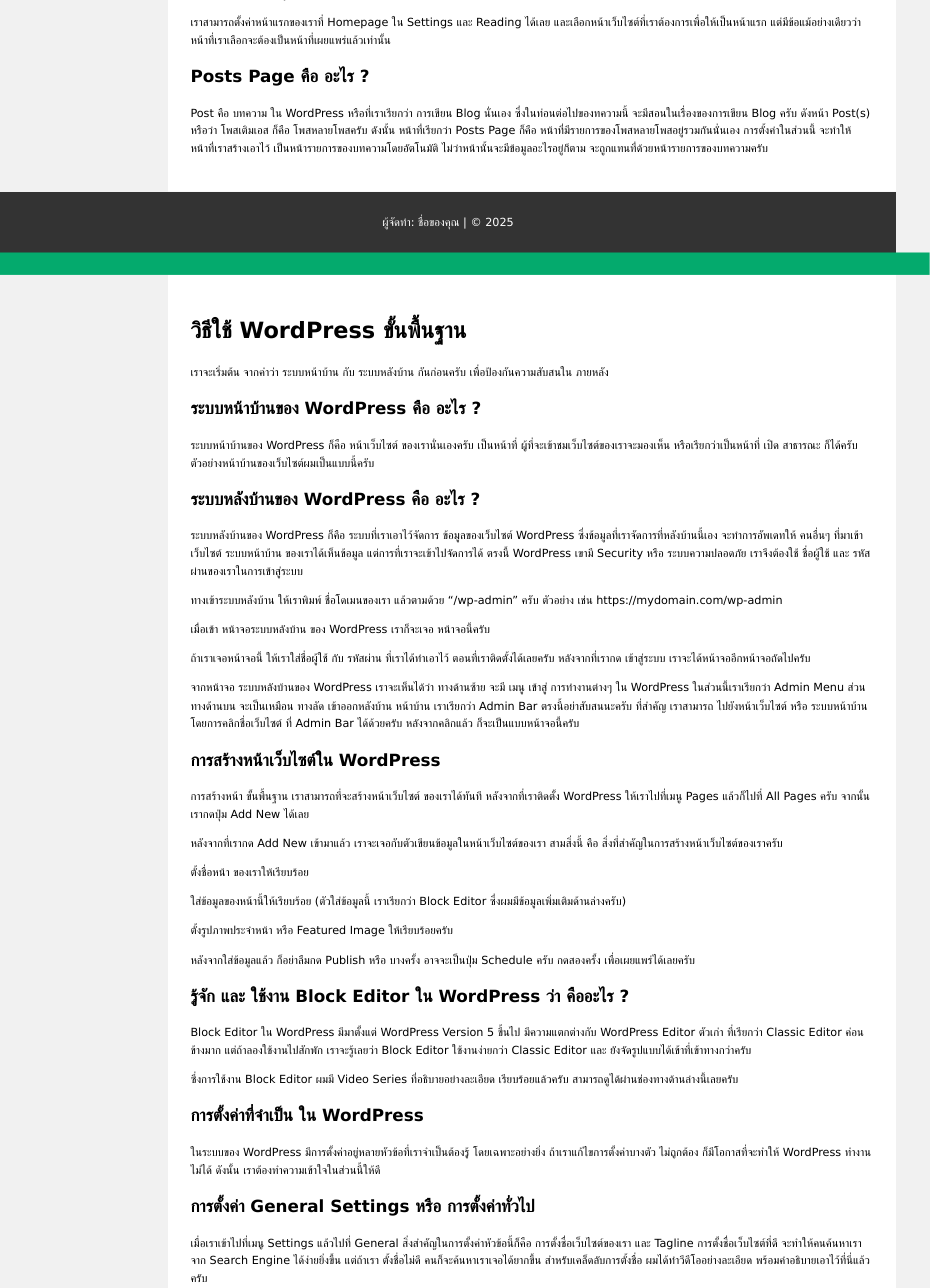
Repository: staggil/thesis
Page: lessons/basic.html
These files come from the project's save history. The page is drawn as it stood at one moment and after the next save; the edit follows.
The browser window is 1280 px wide. The page is 1328 px wide, so the pictures cover 1328 px, including what lies to the right of the window. The pictures show the part of the page from y = 2274 to 4114 px (the page is 6696 px tall before and 6851 px after), at 70% of full size.
The page's requests for data from a server got no answer.

Above is the page before, as saved 2025-12-16 08:20:44.

### lessons/basic.html
<!DOCTYPE html>
<html lang="th">
<head>
    <meta charset="UTF-8">
    <meta name="viewport" content="width=device-width, initial-scale=1.0">
    <title>พื้นฐานการใช้งาน</title>
    <link rel="stylesheet" href="/style.css">
    <script src="/script.js" defer></script>
</head>
<body data-sidebar="/components/sidebar.html">

    <!-- header -->
    <div id="header-placeholder"></div>



   <div id="sidebar-placeholder"></div>
<div class="layout">
    <!-- content -->
    <main id="main-content">
        <h1>วิธีใช้ WordPress ขั้นพื้นฐาน</h1>
        <p>เราจะเริ่มต้น จากคำว่า ระบบหน้าบ้าน กับ ระบบหลังบ้าน กันก่อนครับ เพื่อป้องกันความสับสนใน ภายหลัง</p>
        <h2>ระบบหน้าบ้านของ WordPress คือ อะไร ?</h2>
            <p>ระบบหน้าบ้านของ WordPress ก็คือ หน้าเว็บไซต์ ของเรานั่นเองครับ เป็นหน้าที่
            ผู้ที่จะเข้าชมเว็บไซต์ของเราจะมองเห็น หรือเรียกว่าเป็นหน้าที่ เปิด สาธารณะ ก็ได้ครับ ตัวอย่างหน้าบ้านของเว็บไซต์ผมเป็นแบบนี้ครับ</p>
        <h2>ระบบหลังบ้านของ WordPress คือ อะไร ?</h2>



            <p>ระบบหลังบ้านของ WordPress ก็คือ ระบบที่เราเอาไว้จัดการ ข้อมูลของเว็บไซต์ WordPress ซึ่งข้อมูลที่เราจัดการที่หลังบ้านนี้เอง
                 จะทำการอัพเดทให้ คนอื่นๆ ที่มาเข้าเว็บไซต์ ระบบหน้าบ้าน ของเราได้เห็นข้อมูล แต่การที่เราจะเข้าไปจัดการได้ ตรงนี้ WordPress
                  เขามี Security หรือ ระบบความปลอดภัย เราจึงต้องใช้ ชื่อผู้ใช้ และ รหัสผ่านของเราในการเข้าสู่ระบบ</p>


            <p>ทางเข้าระบบหลังบ้าน ให้เราพิมพ์ ชื่อโดเมนของเรา แล้วตามด้วย “/wp-admin” ครับ ตัวอย่าง เช่น https://mydomain.com/wp-admin</p>

            <p>เมื่อเข้า หน้าจอระบบหลังบ้าน ของ WordPress เราก็จะเจอ หน้าจอนี้ครับ</p>
            <p>ถ้าเราเจอหน้าจอนี้ ให้เราใส่ชื่อผู้ใช้ กับ รหัสผ่าน ที่เราได้ทำเอาไว้ ตอนที่เราติดตั้งได้เลยครับ หลังจากที่เรากด เข้าสู่ระบบ เราจะได้หน้าจออีกหน้าจอถัดไปครับ</p>
            <p>จากหน้าจอ ระบบหลังบ้านของ WordPress เราจะเห็นได้ว่า ทางด้านซ้าย จะมี เมนู เข้าสู่ การทำงานต่างๆ ใน WordPress ในส่วนนี้เราเรียกว่า Admin Menu ส่วนทางด้านบน
             จะเป็นเหมือน ทางลัด เข้าออกหลังบ้าน หน้าบ้าน เราเรียกว่า Admin Bar ตรงนี้อย่าสับสนนะครับ ที่สำคัญ เราสามารถ ไปยังหน้าเว็บไซต์ หรือ ระบบหน้าบ้าน โดยการคลิกชื่อเว็บไซต์
              ที่ Admin Bar ได้ด้วยครับ หลังจากคลิกแล้ว ก็จะเป็นแบบหน้าจอนี้ครับ</p>

            <h2>การสร้างหน้าเว็บไซต์ใน WordPress</h2>
            <p>การสร้างหน้า ขั้นพื้นฐาน เราสามารถที่จะสร้างหน้าเว็บไซต์ ของเราได้ทันที หลังจากที่เราติดตั้ง WordPress
                ให้เราไปที่เมนู Pages แล้วก็ไปที่ All Pages ครับ จากนั้น เรากดปุ่ม Add New ได้เลย</p>
            <p>หลังจากที่เรากด Add New เข้ามาแล้ว เราจะเจอกับตัวเขียนข้อมูลในหน้าเว็บไซต์ของเรา สามสิ่งนี้ คือ สิ่งที่สำคัญในการสร้างหน้าเว็บไซต์ของเราครับ</p>
            <p>ตั้งชื่อหน้า ของเราให้เรียบร้อย</p>
            <p>ใส่ข้อมูลของหน้านี้ให้เรียบร้อย (ตัวใส่ข้อมูลนี้ เราเรียกว่า Block Editor ซึ่งผมมีข้อมูลเพิ่มเติมด้านล่างครับ)</p>
            <p>ตั้งรูปภาพประจำหน้า หรือ Featured Image ให้เรียบร้อยครับ</p>
            <p>หลังจากใส่ข้อมูลแล้ว ก็อย่าลืมกด Publish หรือ บางครั้ง อาจจะเป็นปุ่ม Schedule ครับ กดสองครั้ง เพื่อเผยแพร่ได้เลยครับ</p>

            <h2>รู้จัก และ ใช้งาน Block Editor ใน WordPress ว่า คืออะไร ?</h2>
            <p>Block Editor ใน WordPress มีมาตั้งแต่ WordPress Version 5 ขึ้นไป มีความแตกต่างกับ WordPress Editor ตัวเก่า ที่เรียกว่า Classic Editor ค่อนข้างมาก
                 แต่ถ้าลองใช้งานไปสักพัก เราจะรู้เลยว่า Block Editor ใช้งานง่ายกว่า Classic Editor และ ยังจัดรูปแบบได้เข้าที่เข้าทางกว่าครับ</p>
            <p>ซึ่งการใช้งาน Block Editor ผมมี Video Series ที่อธิบายอย่างละเอียด เรียบร้อยแล้วครับ สามารถดูได้ผ่านช่องทางด้านล่างนี้เลยครับ</p>

            <h2>การตั้งค่าที่จำเป็น ใน WordPress</h2>
            <p>ในระบบของ WordPress มีการตั้งค่าอยู่หลายหัวข้อที่เราจำเป็นต้องรู้ โดยเฉพาะอย่างยิ่ง
                ถ้าเราแก้ไขการตั้งค่าบางตัว ไม่ถูกต้อง ก็มีโอกาสที่จะทำให้ WordPress ทำงานไม่ได้ ดังนั้น เราต้องทำความเข้าใจในส่วนนี้ให้ดี</p>

            <h2>การตั้งค่า General Settings หรือ การตั้งค่าทั่วไป</h2>
            <p>เมื่อเราเข้าไปที่เมนู Settings แล้วไปที่ General สิ่งสำคัญในการตั้งค่าหัวข้อนี้ก็คือ การตั้งชื่อเว็บไซต์ของเรา และ Tagline การตั้งชื่อเว็บไซต์ที่ดี
                 จะทำให้คนค้นหาเราจาก Search Engine ได้ง่ายยิ่งขึ้น แต่ถ้าเรา ตั้งชื่อไม่ดี คนก็จะค้นหาเราเจอได้ยากขึ้น สำหรับเคล็ดลับการตั้งชื่อ
                 ผมได้ทำวีดีโออย่างละเอียด พร้อมคำอธิบายเอาไว้ที่นี่แล้วครับ</p>
            <h2>ข้อควรระวังใน General Settings</h2>
            <p>สองสิ่งที่ไม่ควรแก้ไข เด็ดขาดคือ WordPress Address (URL) และ Site Address (URL)
                 เพราะ ถ้าเราแก้ไขลงไปแล้ว เว็บไซต์เราจะเข้าไม่ได้ทันที ตรงนี้ หลายคนเข้าใจผิดอย่างมากว่า
                  แก้ตรงนี้คือการตั้งค่าหน้าแรกของ WordPress แต่จริงๆแล้ว มันไม่ใช่ครับ การตั้งค่าหน้าแรกใน WordPress เดี๋ยวเราจะมาพูดถึงในหัวข้อถัดไปครับ</p>
            <p>นอกจากนั้นใน General Settings เรา สามารถตั้งค่า ภาษาของเว็บไซต์ได้ครับ ซึ่งการตั้งค่าภาษานี้จะมีผลทำให้ Themes และ Plugins เลือกใช้ภาษาที่เราตั้งค่าครับ
                การตั้งค่า เขตเวลา จะทำให้เวลาที่เราเผยแพร่บทความ ไม่คลาดเคลื่อน จากความเป็นจริงครับ ถ้าในส่วนนี้ตั้งค่าไม่ถูกต้อง เวลา และ วันที่ ที่เราเห็น ในบทความจะคลาดเคลื่อนหมดครับ
                รูปแบบของวันที่ และ เวลาเราสามารถเลือกได้อิสระ ถ้าใครจะตั้งเอง ต้องใช้การตั้งค่าเวลา ที่ WordPress ใช้ในภาษา PHP มาช่วยครับ</p>
            <h2>วิธีการสลับภาษาของ Admin ใน WordPress</h2>
            <p>หลังจากที่เรา เปลี่ยนภาษาของเว็บไซต์แล้ว เราจะสังเกตุได้อย่างนึงครับว่า เมนูใน Admin ก็ถูกเปลี่ยนตามไปด้วยครับ
                ถ้าเราจะสลับภาษามาใช้ ภาษาที่เราต้องการเรามีวิธีดังนี้ครับ</p>
            <p>ให้เราเอาเมาส์ไปวาง ตรงชื่อ Username มุมขวาบนครับ</p>
            <p>จากนั้นคลิกที่ Edit My Profile</p>
            <p>เสร็จแล้วคลิกเลือกภาษาที่เราต้องการ</p>

            <h2>ใช้ภาษาไหนดีในระบบหลังบ้านของ WordPress</h2>
            <p>ผมแนะนำให้ใช้ภาษาอังกฤษครับ เพราะว่า เวลาที่เราไปเรียนรู้จากชาวต่างชาติ
                หรือ ดูวิธีการแก้ปัญหาต่างๆ จากต่างประเทศ เราจะได้รู้ว่า เขาพูดถึงหัวข้อไหนอยู่ครับ ถ้าเราใช้บ่อยๆ เราก็จะชินไปเองครับ</p>
            <h2>การตั้งค่าหน้าแรกในเว็บไซต์ด้วย Reading Settings</h2>
            <p>ในส่วนนี้ครับ Settings และ Reading จะเป็นส่วนที่เรามาตั้งค่าหน้าแรกเหมือนที่ผมได้
                เกริ่นนำไปแล้วครับก่อนหน้านี้ ตรงนี้คือ สถานที่ ที่เราสามารถที่จะตั้งค่าหน้าแรกของเว็บไซต์เราได้อย่างถูกต้อง</p>
            <p>เราสามารถตั้งค่าหน้าแรกของเราที่ Homepage ใน Settings และ Reading ได้เลย และเลือกหน้าเว็บไซต์ที่เราต้องการเพื่อให้เป็นหน้าแรก
                 แต่มีข้อแม้อย่างเดียวว่า หน้าที่เราเลือกจะต้องเป็นหน้าที่เผยแพร่แล้วเท่านั้น</p>
            <h2>Posts Page คือ อะไร ?</h2>
            <p>Post คือ บทความ ใน WordPress หรือที่เราเรียกว่า การเขียน Blog นั่นเอง ซึ่งในท่อนต่อไปของทความนี้
                จะมีสอนในเรื่องของการเขียน Blog ครับ ดังหน้า Post(s) หรือว่า โพสเติมเอส ก็คือ โพสหลายโพสครับ
                ดังนั้น หน้าที่เรียกว่า Posts Page ก็คือ หน้าที่มีรายการของโพสหลายโพสอยู่รวมกันนั่นเอง การตั้งค่าในส่วนนี้
                จะทำให้หน้าที่เราสร้างเอาไว้ เป็นหน้ารายการของบทความโดยอัตโนมัติ ไม่ว่าหน้านั้นจะมีข้อมูลอะไรอยู่ก็ตาม
                จะถูกแทนที่ด้วยหน้ารายการของบทความครับ</p>



    </main>
</div>

    <!-- footer -->
    <div id="footer-placeholder"></div>

</body>
</html>
<!DOCTYPE html>
<html lang="th">
<head>
    <meta charset="UTF-8">
    <meta name="viewport" content="width=device-width, initial-scale=1.0">
    <title>พื้นฐานการใช้งาน</title>
    <link rel="stylesheet" href="/style.css">
    <script src="/script.js" defer></script>
</head>
<body data-sidebar="/components/sidebar.html">

    <!-- header -->
    <div id="header-placeholder"></div>



   <div id="sidebar-placeholder"></div>
<div class="layout">
    <!-- content -->
    <main id="main-content">
        <h1>วิธีใช้ WordPress ขั้นพื้นฐาน</h1>
        <p>เราจะเริ่มต้น จากคำว่า ระบบหน้าบ้าน กับ ระบบหลังบ้าน กันก่อนครับ เพื่อป้องกันความสับสนใน ภายหลัง</p>
        <h2>ระบบหน้าบ้านของ WordPress คือ อะไร ?</h2>
            <p>ระบบหน้าบ้านของ WordPress ก็คือ หน้าเว็บไซต์ ของเรานั่นเองครับ เป็นหน้าที่
            ผู้ที่จะเข้าชมเว็บไซต์ของเราจะมองเห็น หรือเรียกว่าเป็นหน้าที่ เปิด สาธารณะ ก็ได้ครับ ตัวอย่างหน้าบ้านของเว็บไซต์ผมเป็นแบบนี้ครับ</p>
        <h2>ระบบหลังบ้านของ WordPress คือ อะไร ?</h2>



            <p>ระบบหลังบ้านของ WordPress ก็คือ ระบบที่เราเอาไว้จัดการ ข้อมูลของเว็บไซต์ WordPress ซึ่งข้อมูลที่เราจัดการที่หลังบ้านนี้เอง
                 จะทำการอัพเดทให้ คนอื่นๆ ที่มาเข้าเว็บไซต์ ระบบหน้าบ้าน ของเราได้เห็นข้อมูล แต่การที่เราจะเข้าไปจัดการได้ ตรงนี้ WordPress
                  เขามี Security หรือ ระบบความปลอดภัย เราจึงต้องใช้ ชื่อผู้ใช้ และ รหัสผ่านของเราในการเข้าสู่ระบบ</p>


            <p>ทางเข้าระบบหลังบ้าน ให้เราพิมพ์ ชื่อโดเมนของเรา แล้วตามด้วย “/wp-admin” ครับ ตัวอย่าง เช่น https://mydomain.com/wp-admin</p>

            <p>เมื่อเข้า หน้าจอระบบหลังบ้าน ของ WordPress เราก็จะเจอ หน้าจอนี้ครับ</p>
            <p>ถ้าเราเจอหน้าจอนี้ ให้เราใส่ชื่อผู้ใช้ กับ รหัสผ่าน ที่เราได้ทำเอาไว้ ตอนที่เราติดตั้งได้เลยครับ หลังจากที่เรากด เข้าสู่ระบบ เราจะได้หน้าจออีกหน้าจอถัดไปครับ</p>
            <p>จากหน้าจอ ระบบหลังบ้านของ WordPress เราจะเห็นได้ว่า ทางด้านซ้าย จะมี เมนู เข้าสู่ การทำงานต่างๆ ใน WordPress ในส่วนนี้เราเรียกว่า Admin Menu ส่วนทางด้านบน
             จะเป็นเหมือน ทางลัด เข้าออกหลังบ้าน หน้าบ้าน เราเรียกว่า Admin Bar ตรงนี้อย่าสับสนนะครับ ที่สำคัญ เราสามารถ ไปยังหน้าเว็บไซต์ หรือ ระบบหน้าบ้าน โดยการคลิกชื่อเว็บไซต์
              ที่ Admin Bar ได้ด้วยครับ หลังจากคลิกแล้ว ก็จะเป็นแบบหน้าจอนี้ครับ</p>

            <h2>การสร้างหน้าเว็บไซต์ใน WordPress</h2>
            <p>การสร้างหน้า ขั้นพื้นฐาน เราสามารถที่จะสร้างหน้าเว็บไซต์ ของเราได้ทันที หลังจากที่เราติดตั้ง WordPress
                ให้เราไปที่เมนู Pages แล้วก็ไปที่ All Pages ครับ จากนั้น เรากดปุ่ม Add New ได้เลย</p>
            <p>หลังจากที่เรากด Add New เข้ามาแล้ว เราจะเจอกับตัวเขียนข้อมูลในหน้าเว็บไซต์ของเรา สามสิ่งนี้ คือ สิ่งที่สำคัญในการสร้างหน้าเว็บไซต์ของเราครับ</p>
            <p>ตั้งชื่อหน้า ของเราให้เรียบร้อย</p>
            <p>ใส่ข้อมูลของหน้านี้ให้เรียบร้อย (ตัวใส่ข้อมูลนี้ เราเรียกว่า Block Editor ซึ่งผมมีข้อมูลเพิ่มเติมด้านล่างครับ)</p>
            <p>ตั้งรูปภาพประจำหน้า หรือ Featured Image ให้เรียบร้อยครับ</p>
            <p>หลังจากใส่ข้อมูลแล้ว ก็อย่าลืมกด Publish หรือ บางครั้ง อาจจะเป็นปุ่ม Schedule ครับ กดสองครั้ง เพื่อเผยแพร่ได้เลยครับ</p>

            <h2>รู้จัก และ ใช้งาน Block Editor ใน WordPress ว่า คืออะไร ?</h2>
            <p>Block Editor ใน WordPress มีมาตั้งแต่ WordPress Version 5 ขึ้นไป มีความแตกต่างกับ WordPress Editor ตัวเก่า ที่เรียกว่า Classic Editor ค่อนข้างมาก
                 แต่ถ้าลองใช้งานไปสักพัก เราจะรู้เลยว่า Block Editor ใช้งานง่ายกว่า Classic Editor และ ยังจัดรูปแบบได้เข้าที่เข้าทางกว่าครับ</p>
            <p>ซึ่งการใช้งาน Block Editor ผมมี Video Series ที่อธิบายอย่างละเอียด เรียบร้อยแล้วครับ สามารถดูได้ผ่านช่องทางด้านล่างนี้เลยครับ</p>

            <h2>การตั้งค่าที่จำเป็น ใน WordPress</h2>
            <p>ในระบบของ WordPress มีการตั้งค่าอยู่หลายหัวข้อที่เราจำเป็นต้องรู้ โดยเฉพาะอย่างยิ่ง
                ถ้าเราแก้ไขการตั้งค่าบางตัว ไม่ถูกต้อง ก็มีโอกาสที่จะทำให้ WordPress ทำงานไม่ได้ ดังนั้น เราต้องทำความเข้าใจในส่วนนี้ให้ดี</p>

            <h2>การตั้งค่า General Settings หรือ การตั้งค่าทั่วไป</h2>
            <p>เมื่อเราเข้าไปที่เมนู Settings แล้วไปที่ General สิ่งสำคัญในการตั้งค่าหัวข้อนี้ก็คือ การตั้งชื่อเว็บไซต์ของเรา และ Tagline การตั้งชื่อเว็บไซต์ที่ดี
                 จะทำให้คนค้นหาเราจาก Search Engine ได้ง่ายยิ่งขึ้น แต่ถ้าเรา ตั้งชื่อไม่ดี คนก็จะค้นหาเราเจอได้ยากขึ้น สำหรับเคล็ดลับการตั้งชื่อ
                 ผมได้ทำวีดีโออย่างละเอียด พร้อมคำอธิบายเอาไว้ที่นี่แล้วครับ</p>
            <h2>ข้อควรระวังใน General Settings</h2>
            <p>สองสิ่งที่ไม่ควรแก้ไข เด็ดขาดคือ WordPress Address (URL) และ Site Address (URL)
                 เพราะ ถ้าเราแก้ไขลงไปแล้ว เว็บไซต์เราจะเข้าไม่ได้ทันที ตรงนี้ หลายคนเข้าใจผิดอย่างมากว่า
                  แก้ตรงนี้คือการตั้งค่าหน้าแรกของ WordPress แต่จริงๆแล้ว มันไม่ใช่ครับ การตั้งค่าหน้าแรกใน WordPress เดี๋ยวเราจะมาพูดถึงในหัวข้อถัดไปครับ</p>
            <p>นอกจากนั้นใน General Settings เรา สามารถตั้งค่า ภาษาของเว็บไซต์ได้ครับ ซึ่งการตั้งค่าภาษานี้จะมีผลทำให้ Themes และ Plugins เลือกใช้ภาษาที่เราตั้งค่าครับ
                การตั้งค่า เขตเวลา จะทำให้เวลาที่เราเผยแพร่บทความ ไม่คลาดเคลื่อน จากความเป็นจริงครับ ถ้าในส่วนนี้ตั้งค่าไม่ถูกต้อง เวลา และ วันที่ ที่เราเห็น ในบทความจะคลาดเคลื่อนหมดครับ
                รูปแบบของวันที่ และ เวลาเราสามารถเลือกได้อิสระ ถ้าใครจะตั้งเอง ต้องใช้การตั้งค่าเวลา ที่ WordPress ใช้ในภาษา PHP มาช่วยครับ</p>
            <h2>วิธีการสลับภาษาของ Admin ใน WordPress</h2>
            <p>หลังจากที่เรา เปลี่ยนภาษาของเว็บไซต์แล้ว เราจะสังเกตุได้อย่างนึงครับว่า เมนูใน Admin ก็ถูกเปลี่ยนตามไปด้วยครับ
                ถ้าเราจะสลับภาษามาใช้ ภาษาที่เราต้องการเรามีวิธีดังนี้ครับ</p>
            <p>ให้เราเอาเมาส์ไปวาง ตรงชื่อ Username มุมขวาบนครับ</p>
            <p>จากนั้นคลิกที่ Edit My Profile</p>
            <p>เสร็จแล้วคลิกเลือกภาษาที่เราต้องการ</p>

            <h2>ใช้ภาษาไหนดีในระบบหลังบ้านของ WordPress</h2>
            <p>ผมแนะนำให้ใช้ภาษาอังกฤษครับ เพราะว่า เวลาที่เราไปเรียนรู้จากชาวต่างชาติ
                หรือ ดูวิธีการแก้ปัญหาต่างๆ จากต่างประเทศ เราจะได้รู้ว่า เขาพูดถึงหัวข้อไหนอยู่ครับ ถ้าเราใช้บ่อยๆ เราก็จะชินไปเองครับ</p>
            <h2>การตั้งค่าหน้าแรกในเว็บไซต์ด้วย Reading Settings</h2>
            <p>ในส่วนนี้ครับ Settings และ Reading จะเป็นส่วนที่เรามาตั้งค่าหน้าแรกเหมือนที่ผมได้
                เกริ่นนำไปแล้วครับก่อนหน้านี้ ตรงนี้คือ สถานที่ ที่เราสามารถที่จะตั้งค่าหน้าแรกของเว็บไซต์เราได้อย่างถูกต้อง</p>



    </main>
</div>

    <!-- footer -->
    <div id="footer-placeholder"></div>

</body>
</html>
<!DOCTYPE html>
<html lang="th">
<head>
    <meta charset="UTF-8">
    <meta name="viewport" content="width=device-width, initial-scale=1.0">
    <title>พื้นฐานการใช้งาน</title>
    <link rel="stylesheet" href="/style.css">
    <script src="/script.js" defer></script>
</head>
<body data-sidebar="/components/sidebar.html">

    <!-- header -->
    <div id="header-placeholder"></div>



   <div id="sidebar-placeholder"></div>
<div class="layout">
    <!-- content -->
    <main id="main-content">
        <h1>วิธีใช้ WordPress ขั้นพื้นฐาน</h1>
        <p>เราจะเริ่มต้น จากคำว่า ระบบหน้าบ้าน กับ ระบบหลังบ้าน กันก่อนครับ เพื่อป้องกันความสับสนใน ภายหลัง</p>
        <h2>ระบบหน้าบ้านของ WordPress คือ อะไร ?</h2>
            <p>ระบบหน้าบ้านของ WordPress ก็คือ หน้าเว็บไซต์ ของเรานั่นเองครับ เป็นหน้าที่
            ผู้ที่จะเข้าชมเว็บไซต์ของเราจะมองเห็น หรือเรียกว่าเป็นหน้าที่ เปิด สาธารณะ ก็ได้ครับ ตัวอย่างหน้าบ้านของเว็บไซต์ผมเป็นแบบนี้ครับ</p>
        <h2>ระบบหลังบ้านของ WordPress คือ อะไร ?</h2>



            <p>ระบบหลังบ้านของ WordPress ก็คือ ระบบที่เราเอาไว้จัดการ ข้อมูลของเว็บไซต์ WordPress ซึ่งข้อมูลที่เราจัดการที่หลังบ้านนี้เอง
                 จะทำการอัพเดทให้ คนอื่นๆ ที่มาเข้าเว็บไซต์ ระบบหน้าบ้าน ของเราได้เห็นข้อมูล แต่การที่เราจะเข้าไปจัดการได้ ตรงนี้ WordPress
                  เขามี Security หรือ ระบบความปลอดภัย เราจึงต้องใช้ ชื่อผู้ใช้ และ รหัสผ่านของเราในการเข้าสู่ระบบ</p>


            <p>ทางเข้าระบบหลังบ้าน ให้เราพิมพ์ ชื่อโดเมนของเรา แล้วตามด้วย “/wp-admin” ครับ ตัวอย่าง เช่น https://mydomain.com/wp-admin</p>

            <p>เมื่อเข้า หน้าจอระบบหลังบ้าน ของ WordPress เราก็จะเจอ หน้าจอนี้ครับ</p>
            <p>ถ้าเราเจอหน้าจอนี้ ให้เราใส่ชื่อผู้ใช้ กับ รหัสผ่าน ที่เราได้ทำเอาไว้ ตอนที่เราติดตั้งได้เลยครับ หลังจากที่เรากด เข้าสู่ระบบ เราจะได้หน้าจออีกหน้าจอถัดไปครับ</p>
            <p>จากหน้าจอ ระบบหลังบ้านของ WordPress เราจะเห็นได้ว่า ทางด้านซ้าย จะมี เมนู เข้าสู่ การทำงานต่างๆ ใน WordPress ในส่วนนี้เราเรียกว่า Admin Menu ส่วนทางด้านบน
             จะเป็นเหมือน ทางลัด เข้าออกหลังบ้าน หน้าบ้าน เราเรียกว่า Admin Bar ตรงนี้อย่าสับสนนะครับ ที่สำคัญ เราสามารถ ไปยังหน้าเว็บไซต์ หรือ ระบบหน้าบ้าน โดยการคลิกชื่อเว็บไซต์
              ที่ Admin Bar ได้ด้วยครับ หลังจากคลิกแล้ว ก็จะเป็นแบบหน้าจอนี้ครับ</p>

            <h2>การสร้างหน้าเว็บไซต์ใน WordPress</h2>
            <p>การสร้างหน้า ขั้นพื้นฐาน เราสามารถที่จะสร้างหน้าเว็บไซต์ ของเราได้ทันที หลังจากที่เราติดตั้ง WordPress
                ให้เราไปที่เมนู Pages แล้วก็ไปที่ All Pages ครับ จากนั้น เรากดปุ่ม Add New ได้เลย</p>
            <p>หลังจากที่เรากด Add New เข้ามาแล้ว เราจะเจอกับตัวเขียนข้อมูลในหน้าเว็บไซต์ของเรา สามสิ่งนี้ คือ สิ่งที่สำคัญในการสร้างหน้าเว็บไซต์ของเราครับ</p>
            <p>ตั้งชื่อหน้า ของเราให้เรียบร้อย</p>
            <p>ใส่ข้อมูลของหน้านี้ให้เรียบร้อย (ตัวใส่ข้อมูลนี้ เราเรียกว่า Block Editor ซึ่งผมมีข้อมูลเพิ่มเติมด้านล่างครับ)</p>
            <p>ตั้งรูปภาพประจำหน้า หรือ Featured Image ให้เรียบร้อยครับ</p>
            <p>หลังจากใส่ข้อมูลแล้ว ก็อย่าลืมกด Publish หรือ บางครั้ง อาจจะเป็นปุ่ม Schedule ครับ กดสองครั้ง เพื่อเผยแพร่ได้เลยครับ</p>

            <h2>รู้จัก และ ใช้งาน Block Editor ใน WordPress ว่า คืออะไร ?</h2>
            <p>Block Editor ใน WordPress มีมาตั้งแต่ WordPress Version 5 ขึ้นไป มีความแตกต่างกับ WordPress Editor ตัวเก่า ที่เรียกว่า Classic Editor ค่อนข้างมาก
                 แต่ถ้าลองใช้งานไปสักพัก เราจะรู้เลยว่า Block Editor ใช้งานง่ายกว่า Classic Editor และ ยังจัดรูปแบบได้เข้าที่เข้าทางกว่าครับ</p>
            <p>ซึ่งการใช้งาน Block Editor ผมมี Video Series ที่อธิบายอย่างละเอียด เรียบร้อยแล้วครับ สามารถดูได้ผ่านช่องทางด้านล่างนี้เลยครับ</p>

            <h2>การตั้งค่าที่จำเป็น ใน WordPress</h2>
            <p>ในระบบของ WordPress มีการตั้งค่าอยู่หลายหัวข้อที่เราจำเป็นต้องรู้ โดยเฉพาะอย่างยิ่ง
                ถ้าเราแก้ไขการตั้งค่าบางตัว ไม่ถูกต้อง ก็มีโอกาสที่จะทำให้ WordPress ทำงานไม่ได้ ดังนั้น เราต้องทำความเข้าใจในส่วนนี้ให้ดี</p>

            <h2>การตั้งค่า General Settings หรือ การตั้งค่าทั่วไป</h2>
            <p>เมื่อเราเข้าไปที่เมนู Settings แล้วไปที่ General สิ่งสำคัญในการตั้งค่าหัวข้อนี้ก็คือ การตั้งชื่อเว็บไซต์ของเรา และ Tagline การตั้งชื่อเว็บไซต์ที่ดี
                 จะทำให้คนค้นหาเราจาก Search Engine ได้ง่ายยิ่งขึ้น แต่ถ้าเรา ตั้งชื่อไม่ดี คนก็จะค้นหาเราเจอได้ยากขึ้น สำหรับเคล็ดลับการตั้งชื่อ
                 ผมได้ทำวีดีโออย่างละเอียด พร้อมคำอธิบายเอาไว้ที่นี่แล้วครับ</p>
            <h2>ข้อควรระวังใน General Settings</h2>
            <p>สองสิ่งที่ไม่ควรแก้ไข เด็ดขาดคือ WordPress Address (URL) และ Site Address (URL)
                 เพราะ ถ้าเราแก้ไขลงไปแล้ว เว็บไซต์เราจะเข้าไม่ได้ทันที ตรงนี้ หลายคนเข้าใจผิดอย่างมากว่า
                  แก้ตรงนี้คือการตั้งค่าหน้าแรกของ WordPress แต่จริงๆแล้ว มันไม่ใช่ครับ การตั้งค่าหน้าแรกใน WordPress เดี๋ยวเราจะมาพูดถึงในหัวข้อถัดไปครับ</p>
            <p>นอกจากนั้นใน General Settings เรา สามารถตั้งค่า ภาษาของเว็บไซต์ได้ครับ ซึ่งการตั้งค่าภาษานี้จะมีผลทำให้ Themes และ Plugins เลือกใช้ภาษาที่เราตั้งค่าครับ
                การตั้งค่า เขตเวลา จะทำให้เวลาที่เราเผยแพร่บทความ ไม่คลาดเคลื่อน จากความเป็นจริงครับ ถ้าในส่วนนี้ตั้งค่าไม่ถูกต้อง เวลา และ วันที่ ที่เราเห็น ในบทความจะคลาดเคลื่อนหมดครับ
                รูปแบบของวันที่ และ เวลาเราสามารถเลือกได้อิสระ ถ้าใครจะตั้งเอง ต้องใช้การตั้งค่าเวลา ที่ WordPress ใช้ในภาษา PHP มาช่วยครับ</p>




    </main>
</div>

    <!-- footer -->
    <div id="footer-placeholder"></div>

</body>
</html>

### components/header.html
<header>
   <nav class="navbar">
        <ul id="nav-items">
            <li><a href="/index.html">หน้าแรก</a></li>
            <li><a href="/lessons/intro.html">WordPress</a></li>
            <li><a href="/examples/draw-rect.html">ตัวอย่าง</a></li>
            <li><a href="/exercises/exercise1.html">แบบฝึกหัด</a></li>
            <li><a href="/about/about.html">เกี่ยวกับ</a></li>
            <li class="login-only"><a href="/register.html">ลงทะเบียน</a></li>
            <li class="login-only"><a href="/login.html">ล็อกอิน</a></li>
            <li class="user-only"><span id="username-display"></span></li>
            <li class="user-only"><a href="#" id="logout-link">ออกจากระบบ</a></li>
        </ul>
    </nav>
</header>

### components/footer.html
<footer>
    <p>ผู้จัดทำ: ชื่อของคุณ | © 2025</p>
</footer>

### components/sidebar.html
<aside id="sidebar">
    <ul>
        <li><a href="/lessons/intro.html">แนะนำ</a></li>
        <li><a href="/lessons/basic.html">พื้นฐาน</a></li>
        <li><a href="/lessons/js-basic.html">JavaScript เบื้องต้น</a></li>
        <li><a href="/lessons/canvas.html">Canvas</a></li>
        <li><a href="/lessons/game1.html">เกมตัวอย่าง</a></li>
    </ul>
</aside>

Loaded but not shown: script.js (87 lines, source omitted); style.css (159 lines, source omitted)

After the next save:
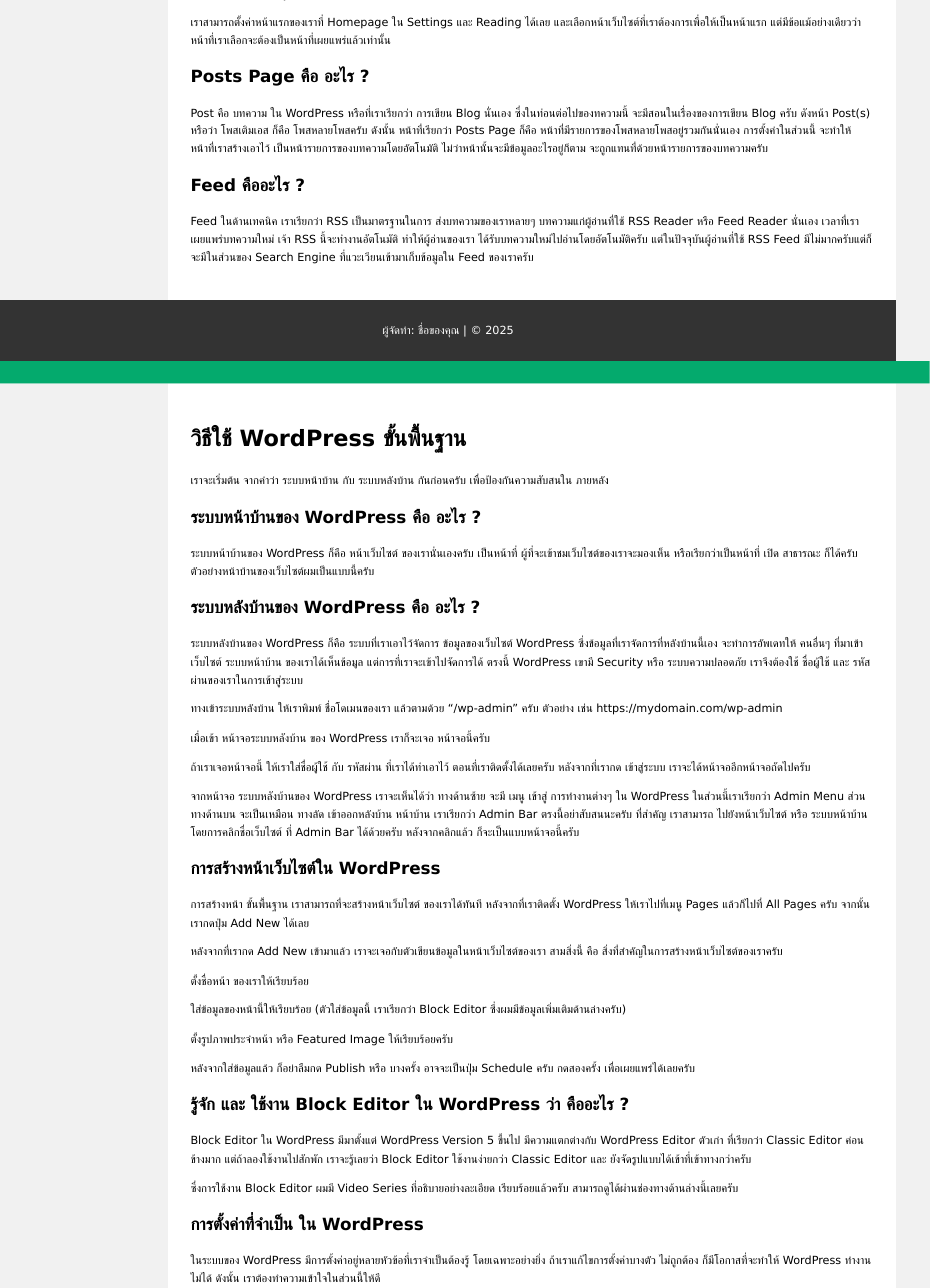
Saved 61 s later.
--- a/lessons/basic.html
+++ b/lessons/basic.html
@@ -90,6 +90,10 @@
                 ดังนั้น หน้าที่เรียกว่า Posts Page ก็คือ หน้าที่มีรายการของโพสหลายโพสอยู่รวมกันนั่นเอง การตั้งค่าในส่วนนี้
                 จะทำให้หน้าที่เราสร้างเอาไว้ เป็นหน้ารายการของบทความโดยอัตโนมัติ ไม่ว่าหน้านั้นจะมีข้อมูลอะไรอยู่ก็ตาม
                 จะถูกแทนที่ด้วยหน้ารายการของบทความครับ</p>
+            <h2>Feed คืออะไร ?</h2>
+            <p>Feed ในด้านเทคนิค เราเรียกว่า RSS เป็นมาตรฐานในการ ส่งบทความของเราหลายๆ บทความแก่ผู้อ่านที่ใช้ RSS Reader หรือ Feed Reader นั่นเอง
+            เวลาที่เราเผยแพร่บทความใหม่ เจ้า RSS นี้จะทำงานอัตโนมัติ ทำให้ผู้อ่านของเรา ได้รับบทความใหม่ไปอ่านโดยอัตโนมัติครับ แต่ในปัจจุบันผู้อ่านที่ใช้ RSS Feed
+            มีไม่มากครับแต่ก็จะมีในส่วนของ Search Engine ที่แวะเวียนเข้ามาเก็บข้อมูลใน Feed ของเราครับ</p>
 
 
 
